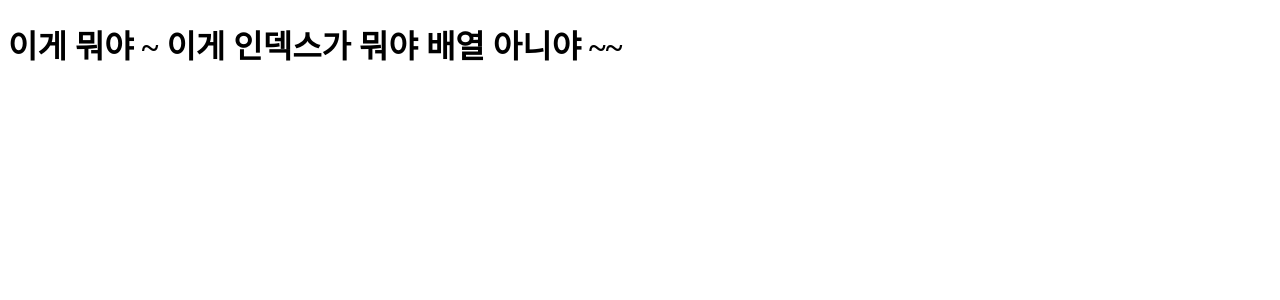
Repository: MiadongDeersfeet/webservice
Page: MyFirstWebProject/src/main/webapp/index.html
An editor plug-in stored every save of this project. The page is shown before and after the next save, followed by the edit.
The browser window is 1280 px wide. The pictures show the whole page.

Above is the page before, as saved 2025-09-22 06:17:35.

### MyFirstWebProject/src/main/webapp/index.html
<!DOCTYPE html>
<html>
<head>
<meta charset="UTF-8">
<title>안녕하세요 인 덱스입니다.</title>
</head>
<body>
	<h1>이게 뭐야 ~ 이게 인덱스가 뭐야 배열 아니야 ~~</h1>
</body>
</html>

After the next save:
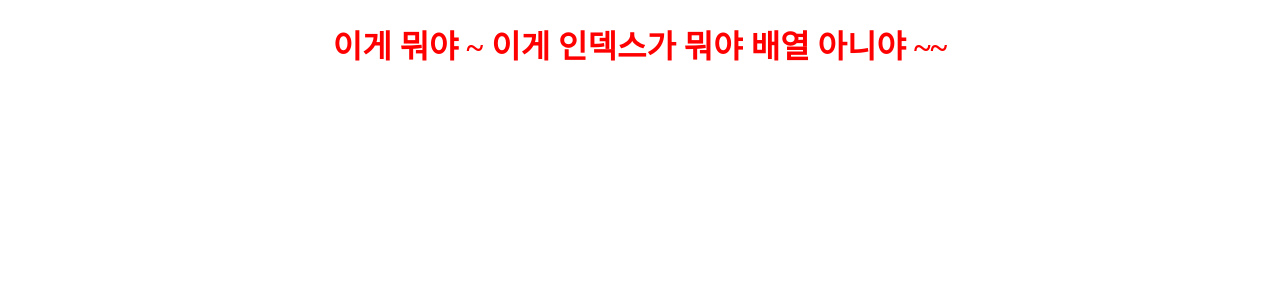
Saved 65 s later.
--- a/MyFirstWebProject/src/main/webapp/index.html
+++ b/MyFirstWebProject/src/main/webapp/index.html
@@ -3,6 +3,12 @@
 <head>
 <meta charset="UTF-8">
 <title>안녕하세요 인 덱스입니다.</title>
+<style>
+	h1 {
+	color : red;
+	text-align: center;
+	}
+</style>
 </head>
 <body>
 	<h1>이게 뭐야 ~ 이게 인덱스가 뭐야 배열 아니야 ~~</h1>
